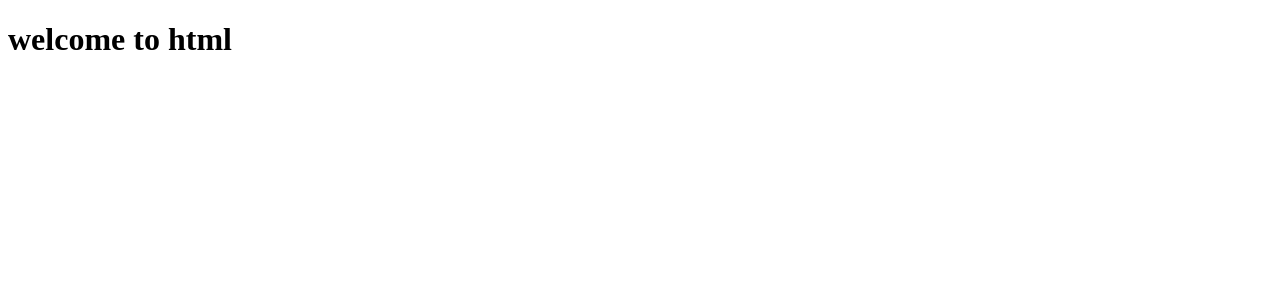
Repository: ShashantNagpure/AllProjects
Page: MyApplication/WebContent/index.html
The author's editor kept a copy of each file at every save. The page is drawn from the files as they stood at one save, then again after the next save.
The browser window is 1280 px wide. The pictures show the whole page.

Above is the page before, as saved 2018-09-17 09:46:50.

After the next save:
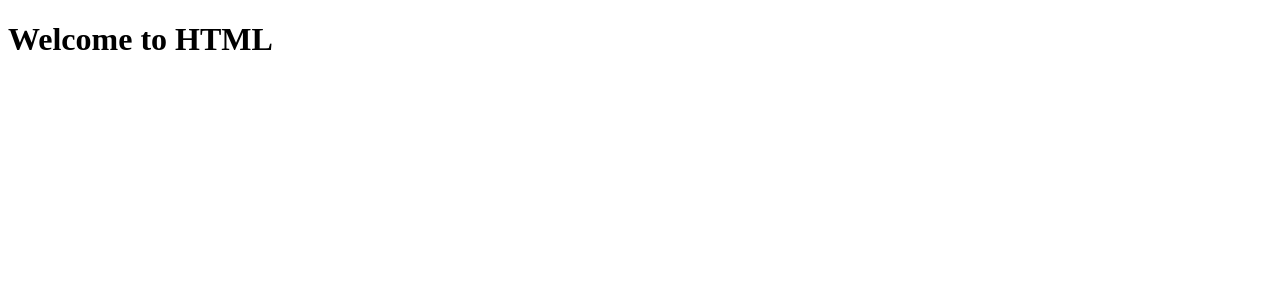
Saved 99 s later.
--- a/MyApplication/WebContent/index.html
+++ b/MyApplication/WebContent/index.html
@@ -5,7 +5,7 @@
 <title>Insert title here</title>
 </head>
 <body>
-<h1>welcome to html</h1>
+<h1>Welcome to HTML</h1>
 
 </body>
 </html>
